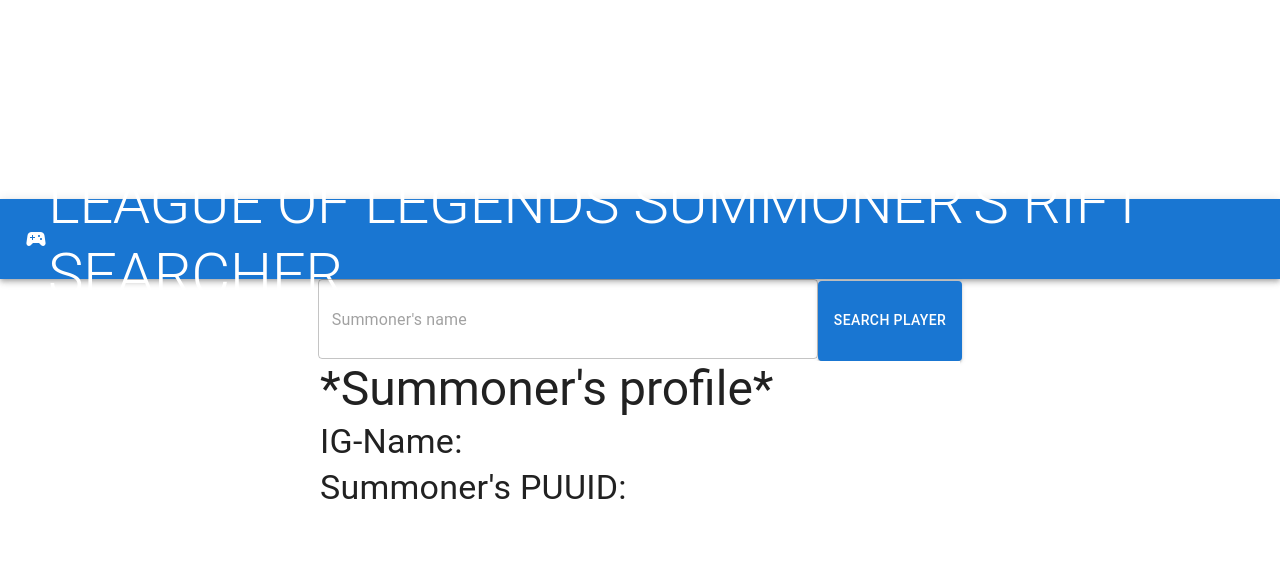
Repository: Mikerr21/League-Of-Legends-API
Page: /
These files come from the project's save history. The page is drawn as it stood at one moment and after the next save; the edit follows.
The browser window is 1280 px wide. The pictures show the whole page.
The page's requests for data from a server got no answer. The project was rebuilt for these pictures with package versions that can differ from the ones it lists, and the page was loaded fresh each time. No one was signed in, and anything a server would have sent is missing.

Above is the page before, as saved 2022-09-24 22:38:59.

After the next save:
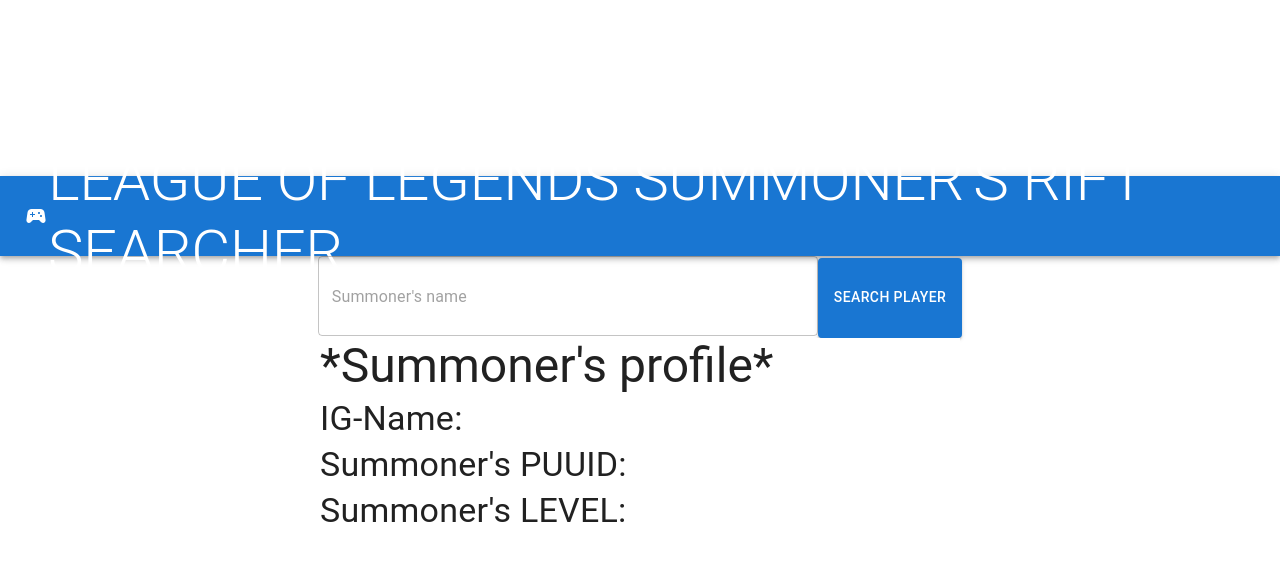
Saved 31 s later.
--- a/src/App.js
+++ b/src/App.js
@@ -107,6 +107,14 @@
             <Typography variant="h5">{playerData.puuid}</Typography>
           </ListItemText>
           </ListItemText>
+          <ListItemText>
+            <Typography variant="h4">
+              Summoner's LEVEL:
+            </Typography>
+            <ListItemText>
+            <Typography variant="h5">{playerData.summonerlevel}</Typography>
+          </ListItemText>
+          </ListItemText>
         </List>
       </Grid>
     </div>
